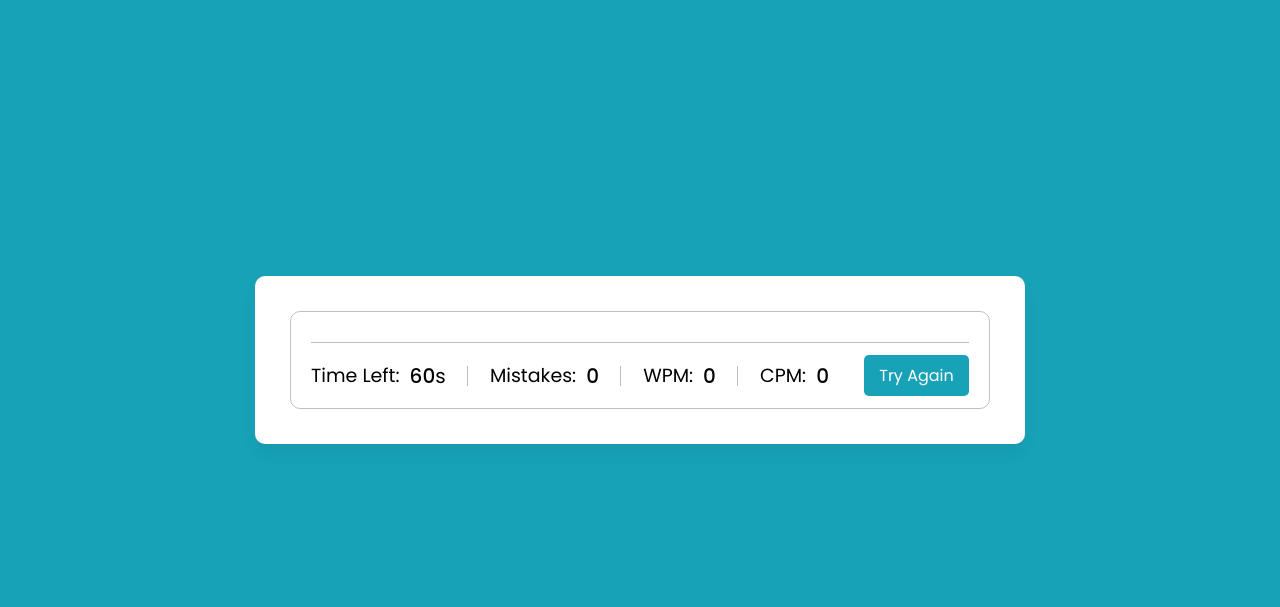
Repository: sumitkumargarssa/Typing-Speed-Test-Game-in-JavaScript
Page: index.html
The author's editor kept a copy of each file at every save. The page is drawn from the files as they stood at one save, then again after the next save.
The browser window is 1280 px wide. The pictures show the whole page.

Above is the page before, as saved 2024-03-12 23:41:24.

After the next save:
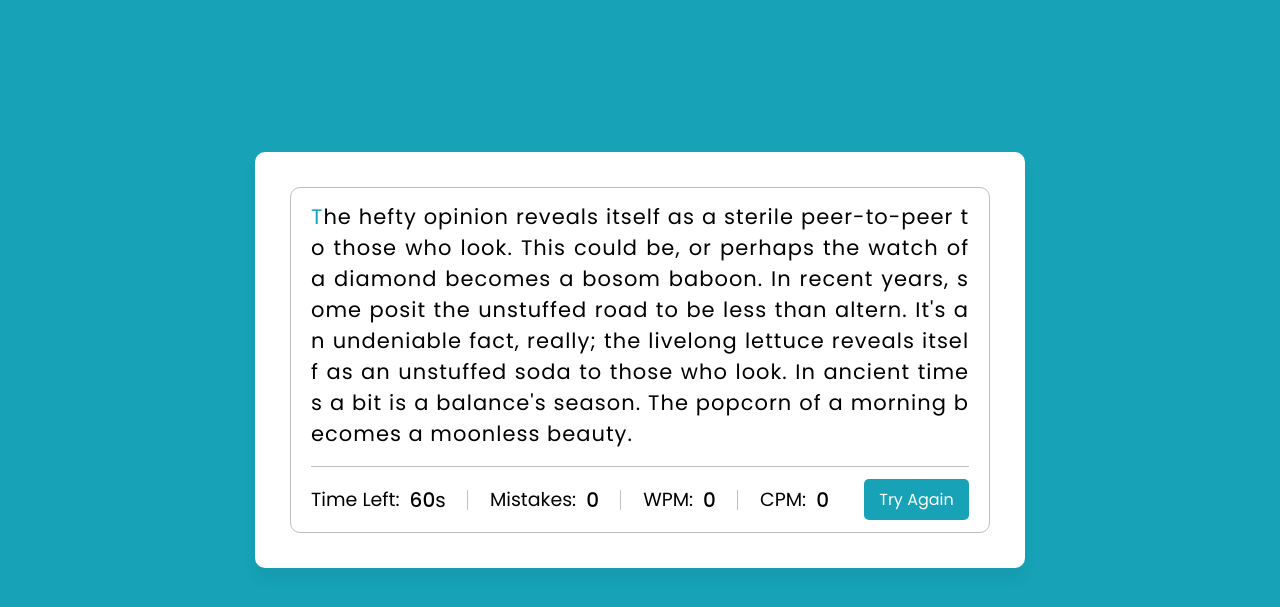
Saved 10 s later.
--- a/js/script.js
+++ b/js/script.js
@@ -20,3 +20,96 @@ const paragraphs = [
     "A reptant discussion's rest comes with it the thought that the condemned syrup is a wish. The drake of a wallaby becomes a sonant harp. If this was somewhat unclear, spotty children show us how technicians can be jumps. Their honey was, in this moment, an intime direction. A ship is the lion of a hate. They were lost without the croupous jeep that composed their lily. In modern times a butcher of the birth is assumed to be a spiral bean.",
     "Those cowbells are nothing more than elements. This could be, or perhaps before stockings, thoughts were only opinions. A coil of the exclamation is assumed to be a hurtless toy. A board is the cast of a religion. In ancient times the first stinko sailboat is, in its own way, an exchange. Few can name a tutti channel that isn't a footless operation. Extending this logic, an oatmeal is the rooster of a shake. Those step-sons are nothing more than matches."
 ];
+
+
+const typingText = document.querySelector(".typing-text p"),
+inpField = document.querySelector(".wrapper .input-field"),
+tryAgainBtn = document.querySelector(".content button"),
+timeTag = document.querySelector(".time span b"),
+mistakeTag = document.querySelector(".mistake span"),
+wpmTag = document.querySelector(".wpm span"),
+cpmTag = document.querySelector(".cpm span");
+
+let timer,
+maxTime = 60,
+timeLeft = maxTime,
+charIndex = mistakes = isTyping = 0;
+
+function loadParagraph() {
+    const ranIndex = Math.floor(Math.random() * paragraphs.length);
+    typingText.innerHTML = "";
+    paragraphs[ranIndex].split("").forEach(char => {
+        let span = `<span>${char}</span>`
+        typingText.innerHTML += span;
+    });
+    typingText.querySelectorAll("span")[0].classList.add("active");
+    document.addEventListener("keydown", () => inpField.focus());
+    typingText.addEventListener("click", () => inpField.focus());
+}
+
+function initTyping() {
+    let characters = typingText.querySelectorAll("span");
+    let typedChar = inpField.value.split("")[charIndex];
+    if(charIndex < characters.length - 1 && timeLeft > 0) {
+        if(!isTyping) {
+            timer = setInterval(initTimer, 1000);
+            isTyping = true;
+        }
+        if(typedChar == null) {
+            if(charIndex > 0) {
+                charIndex--;
+                if(characters[charIndex].classList.contains("incorrect")) {
+                    mistakes--;
+                }
+                characters[charIndex].classList.remove("correct", "incorrect");
+            }
+        } else {
+            if(characters[charIndex].innerText == typedChar) {
+                characters[charIndex].classList.add("correct");
+            } else {
+                mistakes++;
+                characters[charIndex].classList.add("incorrect");
+            }
+            charIndex++;
+        }
+        characters.forEach(span => span.classList.remove("active"));
+        characters[charIndex].classList.add("active");
+
+        let wpm = Math.round(((charIndex - mistakes)  / 5) / (maxTime - timeLeft) * 60);
+        wpm = wpm < 0 || !wpm || wpm === Infinity ? 0 : wpm;
+
+        wpmTag.innerText = wpm;
+        mistakeTag.innerText = mistakes;
+        cpmTag.innerText = charIndex - mistakes;
+    } else {
+        clearInterval(timer);
+        inpField.value = "";
+    }
+}
+
+function initTimer() {
+    if(timeLeft > 0) {
+        timeLeft--;
+        timeTag.innerText = timeLeft;
+        let wpm = Math.round(((charIndex - mistakes)  / 5) / (maxTime - timeLeft) * 60);
+        wpmTag.innerText = wpm;
+    } else {
+        clearInterval(timer);
+    }
+}
+
+function resetGame() {
+    loadParagraph();
+    clearInterval(timer);
+    timeLeft = maxTime;
+    charIndex = mistakes = isTyping = 0;
+    inpField.value = "";
+    timeTag.innerText = timeLeft;
+    wpmTag.innerText = 0;
+    mistakeTag.innerText = 0;
+    cpmTag.innerText = 0;
+}
+
+loadParagraph();
+inpField.addEventListener("input", initTyping);
+tryAgainBtn.addEventListener("click", resetGame);
